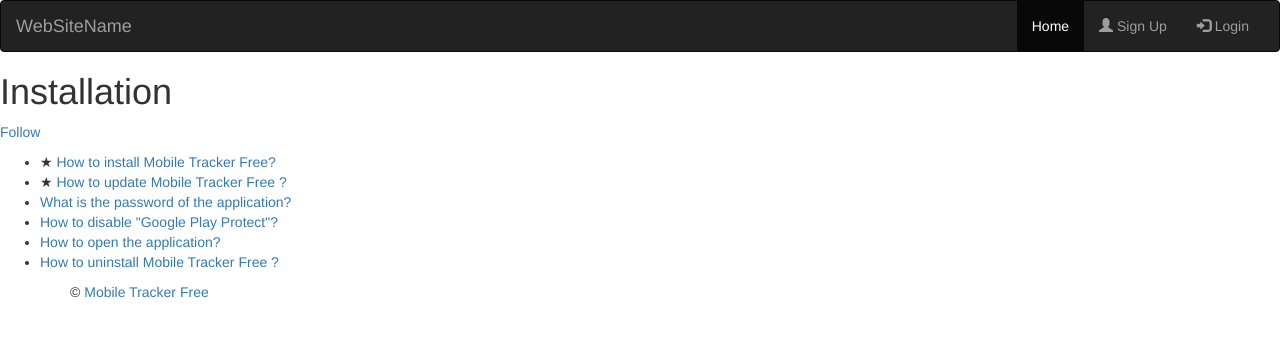
Repository: prathmeshgodbole/Web_Development
Page: Mobile_tracker/Installation.html
The author's editor kept a copy of each file at every save. The page is drawn from the files as they stood at one save, then again after the next save.
The browser window is 1280 px wide. The pictures show the whole page.

Above is the page before, as saved 2020-03-08 17:28:19.

### Mobile_tracker/Installation.html
<!DOCTYPE html>
<html lang="en">

<head>
    <title>Bootstrap Example</title>
    <meta charset="utf-8">
    <meta name="viewport" content="width=device-width, initial-scale=1">
    <link rel="stylesheet" href="https://maxcdn.bootstrapcdn.com/bootstrap/3.4.1/css/bootstrap.min.css">
    <script src="https://ajax.googleapis.com/ajax/libs/jquery/3.4.1/jquery.min.js"></script>
    <script src="https://maxcdn.bootstrapcdn.com/bootstrap/3.4.1/js/bootstrap.min.js"></script>
</head>

<body>

    <nav class="navbar navbar-inverse">
        <div class="container-fluid">
            <div class="navbar-header">
                <button type="button" class="navbar-toggle" data-toggle="collapse" data-target="#myNavbar">
        <span class="icon-bar"></span>
        <span class="icon-bar"></span>
        <span class="icon-bar"></span>
      </button>
                <a class="navbar-brand" href="#">WebSiteName</a>
            </div>
            <div class="collapse navbar-collapse" id="myNavbar">

                <ul class="nav navbar-nav navbar-right">
                    <li class="active"><a href="#">Home</a></li>
                    <li><a href="#"><span class="glyphicon glyphicon-user"></span> Sign Up</a></li>
                    <li><a href="#"><span class="glyphicon glyphicon-log-in"></span> Login</a></li>
                </ul>
            </div>
        </div>
    </nav>




    <div class="section-header">
        <h1 class="section-title">

            Installation</h1>
        <div class="section-subscribe dropdown" aria-haspopup="true">
            <a class="dropdown-toggle" role="button" data-auth-action="signin" aria-selected="false" title="Opens a sign-in dialog" href="#">Follow</a>
            <span class="dropdown-menu" role="menu" aria-expanded="false">
    </span>
        </div>

        <p class="section-description"></p>


        <ul class="article-list">

            <li class="article-promoted">

                <span data-title="Promoted article">★</span>

                <a href="/hc/en-us/articles/360003057973-How-to-install-Mobile-Tracker-Free-">How to install Mobile Tracker Free?</a>
            </li>

            <li class="article-promoted">

                <span data-title="Promoted article">★</span>

                <a href="/hc/en-us/articles/360003915213-How-to-update-Mobile-Tracker-Free-">How to update Mobile Tracker Free ?</a>
            </li>

            <li>

                <a href="/hc/en-us/articles/360008174459-What-is-the-password-of-the-application-">What is the password of the application?</a>
            </li>

            <li>

                <a href="/hc/en-us/articles/360005346953-How-to-disable-Google-Play-Protect-">How to disable &quot;Google Play Protect&quot;?</a>
            </li>

            <li>

                <a href="/hc/en-us/articles/360005296374-How-to-open-the-application-">How to open the application?</a>
            </li>

            <li>

                <a href="/hc/en-us/articles/360003110633-How-to-uninstall-Mobile-Tracker-Free-">How to uninstall Mobile Tracker Free ?</a>
            </li>

        </ul>



    </div>
    </main>

    </div>
    <!--/.container-->
    <footer class="footer container">
        <div class="container-inner">
            <p class="copyright">&copy; <a href=https://mobile-tracker-free.com>Mobile Tracker Free</a></p>
        </div>
    </footer>



</body>

</html>

After the next save:
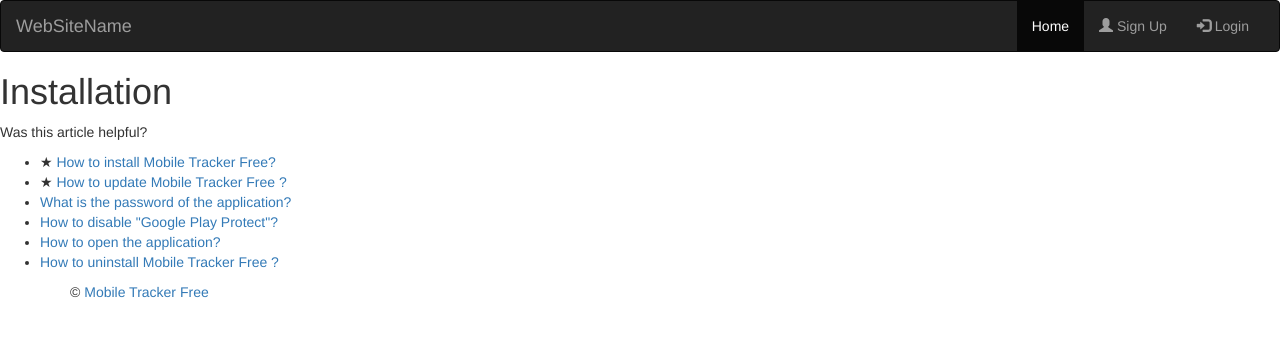
Saved 2 min 32 s later.
--- a/Mobile_tracker/Installation.html
+++ b/Mobile_tracker/Installation.html
@@ -40,57 +40,60 @@
         <h1 class="section-title">
 
             Installation</h1>
-        <div class="section-subscribe dropdown" aria-haspopup="true">
-            <a class="dropdown-toggle" role="button" data-auth-action="signin" aria-selected="false" title="Opens a sign-in dialog" href="#">Follow</a>
-            <span class="dropdown-menu" role="menu" aria-expanded="false">
-    </span>
-        </div>
-
-        <p class="section-description"></p>
 
 
-        <ul class="article-list">
+    </div>
 
-            <li class="article-promoted">
 
-                <span data-title="Promoted article">★</span>
+    <div class="article-vote">
+        <span class="article-vote-question">Was this article helpful?</span>
+        <div class="article-vote-controls">
 
-                <a href="/hc/en-us/articles/360003057973-How-to-install-Mobile-Tracker-Free-">How to install Mobile Tracker Free?</a>
-            </li>
+            <p class="section-description"></p>
 
-            <li class="article-promoted">
 
-                <span data-title="Promoted article">★</span>
+            <ul class="article-list">
 
-                <a href="/hc/en-us/articles/360003915213-How-to-update-Mobile-Tracker-Free-">How to update Mobile Tracker Free ?</a>
-            </li>
+                <li class="article-promoted">
 
-            <li>
+                    <span data-title="Promoted article">★</span>
 
-                <a href="/hc/en-us/articles/360008174459-What-is-the-password-of-the-application-">What is the password of the application?</a>
-            </li>
+                    <a href="/hc/en-us/articles/360003057973-How-to-install-Mobile-Tracker-Free-">How to install Mobile Tracker Free?</a>
+                </li>
 
-            <li>
+                <li class="article-promoted">
 
-                <a href="/hc/en-us/articles/360005346953-How-to-disable-Google-Play-Protect-">How to disable &quot;Google Play Protect&quot;?</a>
-            </li>
+                    <span data-title="Promoted article">★</span>
 
-            <li>
+                    <a href="/hc/en-us/articles/360003915213-How-to-update-Mobile-Tracker-Free-">How to update Mobile Tracker Free ?</a>
+                </li>
 
-                <a href="/hc/en-us/articles/360005296374-How-to-open-the-application-">How to open the application?</a>
-            </li>
+                <li>
 
-            <li>
+                    <a href="/hc/en-us/articles/360008174459-What-is-the-password-of-the-application-">What is the password of the application?</a>
+                </li>
 
-                <a href="/hc/en-us/articles/360003110633-How-to-uninstall-Mobile-Tracker-Free-">How to uninstall Mobile Tracker Free ?</a>
-            </li>
+                <li>
 
-        </ul>
+                    <a href="/hc/en-us/articles/360005346953-How-to-disable-Google-Play-Protect-">How to disable &quot;Google Play Protect&quot;?</a>
+                </li>
+
+                <li>
+
+                    <a href="/hc/en-us/articles/360005296374-How-to-open-the-application-">How to open the application?</a>
+                </li>
+
+                <li>
+
+                    <a href="/hc/en-us/articles/360003110633-How-to-uninstall-Mobile-Tracker-Free-">How to uninstall Mobile Tracker Free ?</a>
+                </li>
+
+            </ul>
 
 
 
-    </div>
-    </main>
+        </div>
+        </main>
 
     </div>
     <!--/.container-->
